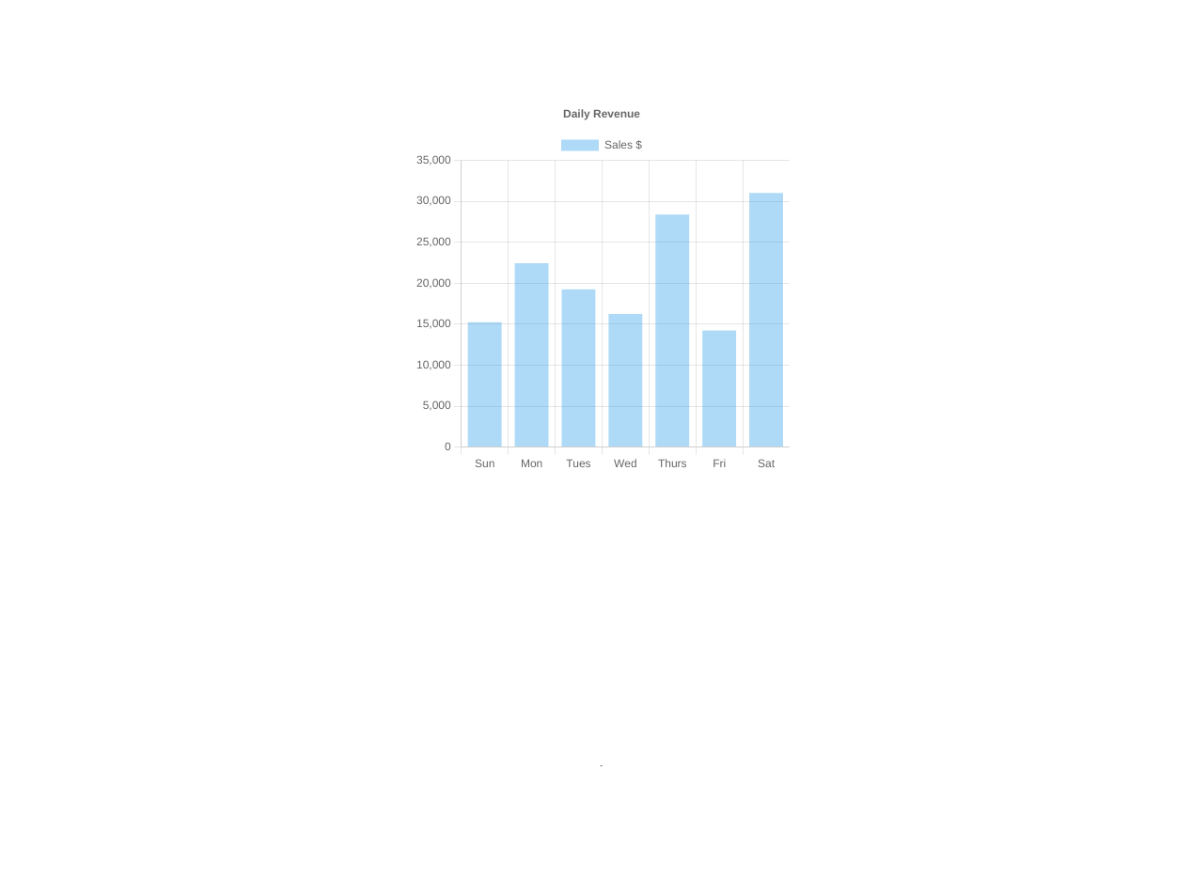
Repository: anoncoderin/dcd-charts-11week
Page: /
These files come from the project's save history. The page is drawn as it stood at one moment and after a run of saves; the edit follows.
The browser window is 1280 px wide. The pictures show the whole page, at 94% of full size.
The project was rebuilt for these pictures with package versions that can differ from the ones it lists, and the page was loaded fresh each time. The framework's server and built-in components were replaced by stand-ins that run in the browser. Also part of the build but not shown: next.config.js.

Above is the page before, as saved 2023-03-24 11:16:57.

After the next 6 saves:
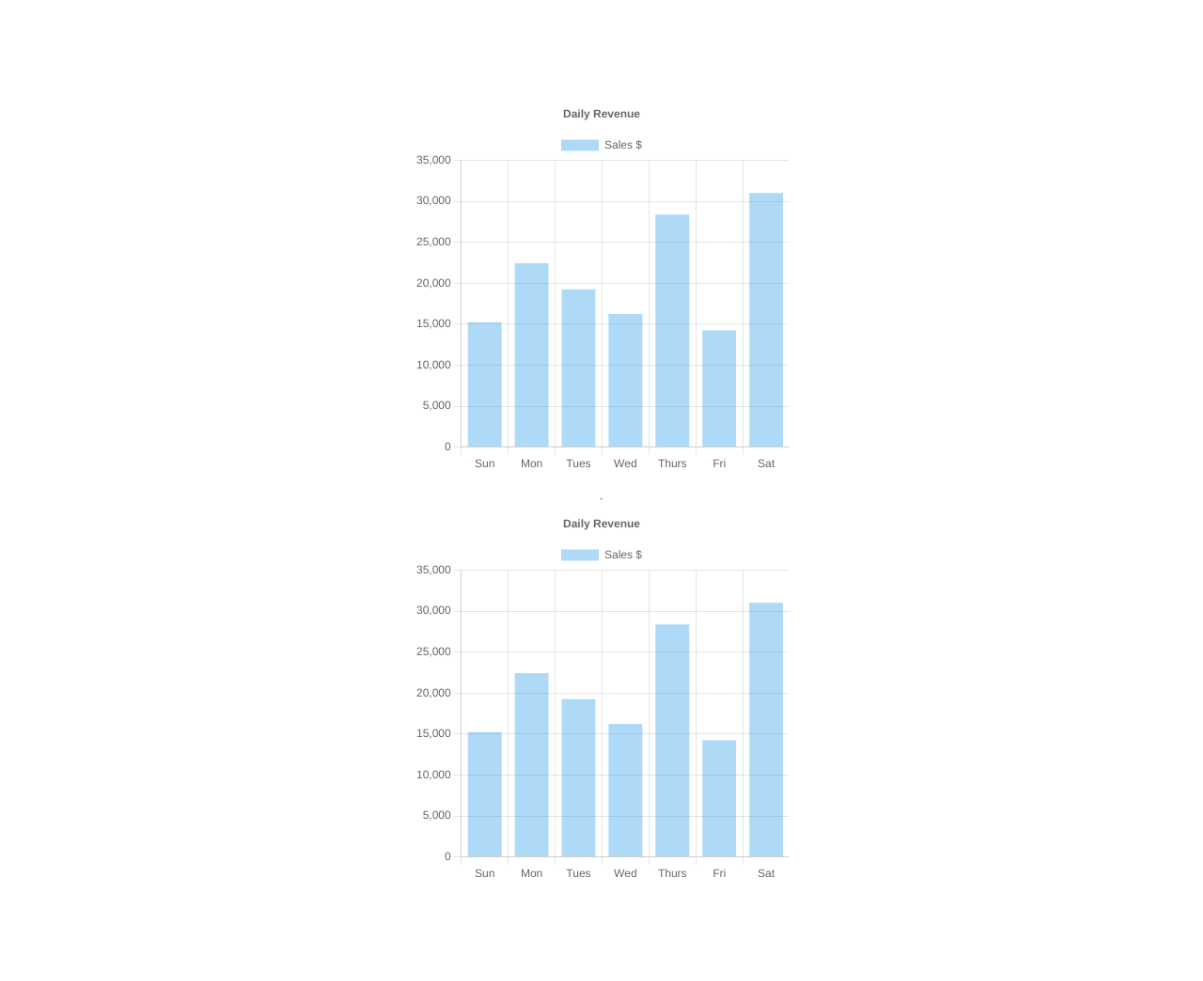
The 6 saves are shown as one change because 4 did not build or start and some came seconds apart.
The last was saved 65 s later.
--- a/pages/index.js
+++ b/pages/index.js
@@ -2,6 +2,7 @@ import Head from 'next/head'
 import Image from 'next/image'
 import styles from '@/styles/Home.module.css'
 import BarChart from '@/components/BarChart'
+import PieChart from '@/components/BarChart'
 
 export default function Home() {
   return (
@@ -16,6 +17,8 @@ export default function Home() {
         <BarChart/>
         <br></br>
         <hr></hr>
+
+        <PieChart/>
       </main>
     </>
   )
